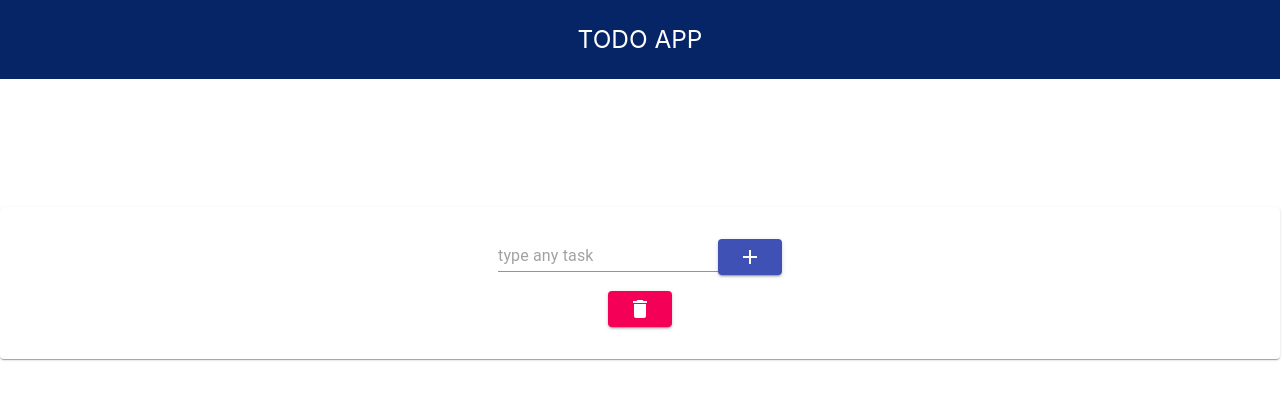
Repository: Shams97/Todo-app
Page: /
An editor plug-in stored every save of this project. The page is shown before and after the next save, followed by the edit.
The browser window is 1280 px wide. The page is 1284 px wide, so the pictures cover 1284 px, including what lies to the right of the window. The pictures show the whole page.
The project was rebuilt for these pictures with package versions that can differ from the ones it lists, and the page was loaded fresh each time.

Above is the page before, as saved 2021-06-27 02:17:50.

### src/App.js
import './App.css';
import Tasks from './tasks/tasks';
function App() {
  return (
    <div className="App">
      <header className="App-header">
            <p> TODO APP</p>
      </header>
      <Tasks/>
    </div>
  );
}

export default App;

### src/App.css
.App {
  text-align: center;

}

.App-header {
  background-color: #052566;
  min-height: 10vh;
  display: flex;
  flex-direction: column;
  align-items: center;
  justify-content: center;
  font-size: calc(10px + 2vmin);
  color: white;
  margin-bottom: 10%;
}
.task_list {
  text-decoration: none;
}

### src/tasks/tasks.js
import React,{useState} from "react";
import { makeStyles } from '@material-ui/core/styles';
import AddIcon from '@material-ui/icons/Add';
import DeleteIcon from '@material-ui/icons/Delete';
import { Button,Input,Grid,Paper,borders } from "@material-ui/core";

const useStyles = makeStyles((theme) => ({
    root: {
      flexGrow: 1,
    },
    paper: {
      padding: theme.spacing(4),
      textAlign: 'center',
      color: theme.palette.text.secondary,
    },
    lists: {
        listStyle:'none',
        textAlign: 'left',
        marginRight:'10px',

    },
  }));

export default function Tasks() {
    const classes = useStyles();
    const [task, setTask] = useState('')
    const [newtask, setNewTask] = useState([])

    const addTask=()=>{
        if(task === '')
            return  alert('Please full the task bar first')
        else  setNewTask((prev)=>{
		    	return [...prev, task]
		});
        setTask('');
    }

    return (
        <Grid container spacing={1} className={classes.root}>
            <Grid item xs={12}>
                <Paper className={classes.paper}>
                    <Input placeholder="type any task" onChange={(e) => setTask(e.target.value)} value={task}></Input>
                    <Button type="submit" color="primary" variant="contained" onClick={addTask}>
                       <AddIcon/>
                    </Button>
                        <ul className={classes.lists}>
                            { newtask.map((val, key)=>{
                                return <li key={key} borders={1}>{val}</li>
                                })
                            }
                            </ul>
                    <div>

                    { newtask ?
                    <Button variant="contained" color="secondary" onClick={ () => { setNewTask([].splice(newtask.length -1) )}}>
                        <DeleteIcon/>
                    </Button>
                    : null}
                    </div>
                </Paper>
            </Grid>
        </Grid>
  );
}

Loaded but not shown: public/index.html (common file); src/index.js (common file); src/index.css (common file); src/reportWebVitals.js (common file)

After the next save:
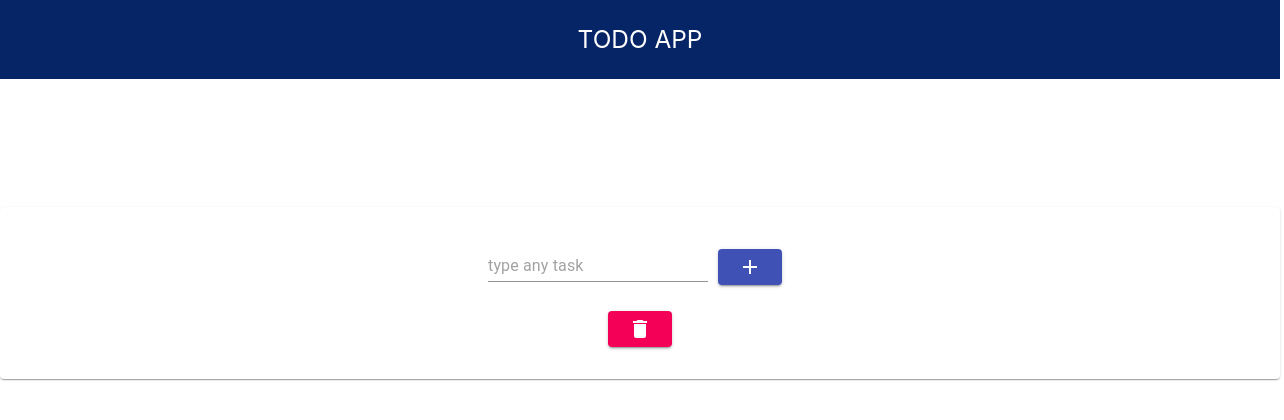
Saved 116 s later.
--- a/src/tasks/tasks.js
+++ b/src/tasks/tasks.js
@@ -16,8 +16,9 @@ const useStyles = makeStyles((theme) => ({
     lists: {
         listStyle:'none',
         textAlign: 'left',
-        marginRight:'10px',
-
+    },
+    buttons:{
+        margin:'10px'
     },
   }));
 
@@ -40,7 +41,7 @@ export default function Tasks() {
             <Grid item xs={12}>
                 <Paper className={classes.paper}>
                     <Input placeholder="type any task" onChange={(e) => setTask(e.target.value)} value={task}></Input>
-                    <Button type="submit" color="primary" variant="contained" onClick={addTask}>
+                    <Button type="submit" color="primary" variant="contained" onClick={addTask} className={classes.buttons}>
                        <AddIcon/>
                     </Button>
                         <ul className={classes.lists}>
